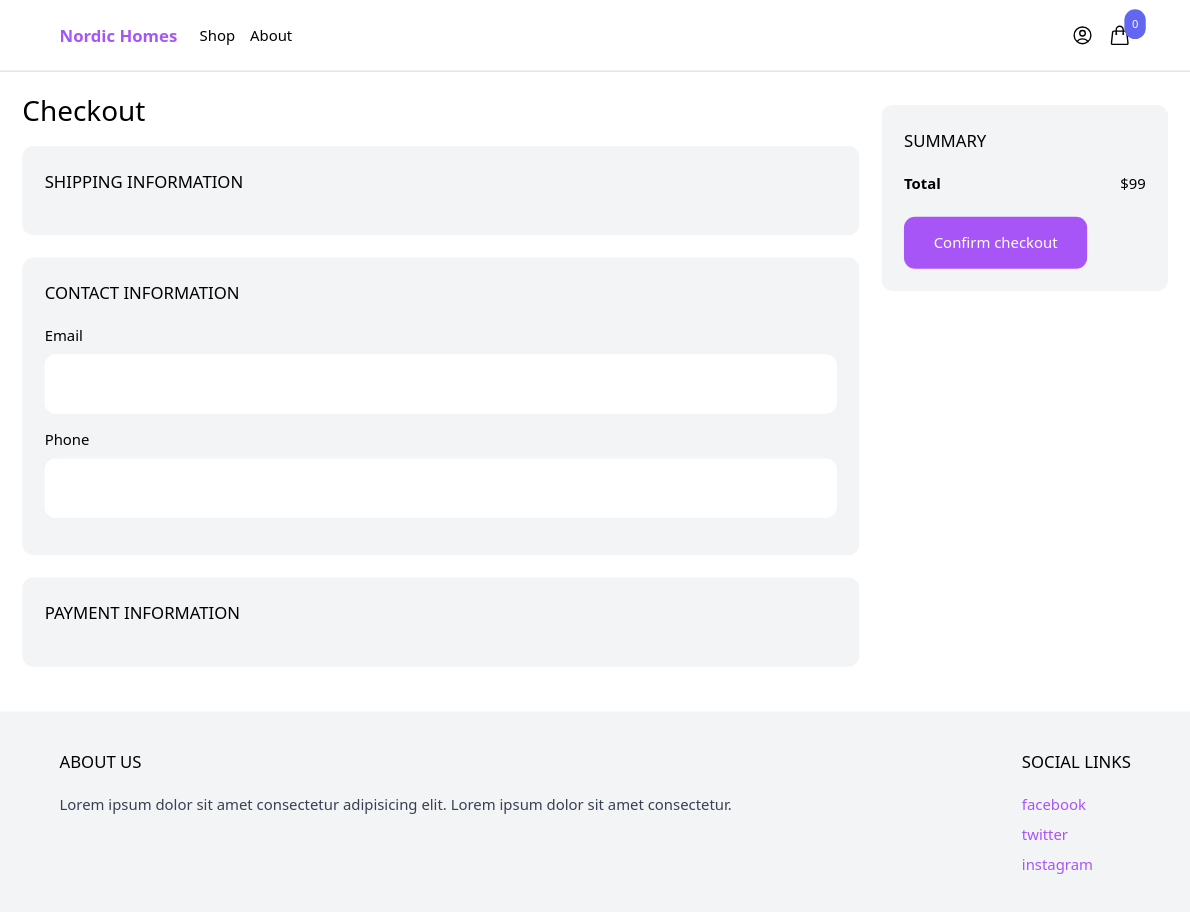
Repository: Calin224/NordicHomes
Page: cart/templates/cart/checkout.html
An editor plug-in stored every save of this project. The page is shown before and after a run of saves, followed by the edit.
The browser window is 1280 px wide. The pictures show the whole page, at 93% of full size.
Some web libraries are served in a nearby version. The template is drawn by Django 4.2. The application's start-up code is not run. Other server files are loaded and not shown. The template is opened directly, without the code that normally fills it, so the values that code supplies are empty.

Above is the page before, as saved 2023-02-16 21:05:24.

### cart/templates/cart/checkout.html
{% extends 'core/base.html' %}

{% block content %}

<div class="max-2-6xl mx-auto flex flex-wrap items-start py-6 px-6 ">
    <div class="products w-full lg:w-3/4">
        <h1 class="mb-5 text-3xl">Checkout</h1>

        <div class="w-full pr-6">
            <div class="mb-6 p-6 bg-gray-100 rounded-xl">
                <h2 class="mb-5 uppercase text-lg">Shipping information</h2>
            </div>

            <div class="mb-6 p-6 bg-gray-100 rounded-xl">
                <h2 class="mb-5 uppercase text-lg">Contact information</h2>

                <div class="mb-4">
                    <label for="" class="inline-block mb-2">Email</label>
                    <input type="email" class="w-full p-5 rounded-xl">
                </div>

                <div class="mb-4">
                    <label for="" class="inline-block mb-2">Phone</label>
                    <input type="phone" class="w-full p-5 rounded-xl">
                </div>
            </div>

            <div class="mb-6 p-6 bg-gray-100 rounded-xl">
                <h2 class="mb-5 uppercase text-lg">Payment information</h2>
            </div>
        </div>
    </div>

    <div class="summary w-full lg:w-1/4 p-6 bg-gray-100 rounded-xl mt-3">
        <h2 class="uppercase text-lg mb-5">Summary</h2>

        <div class="mb-6 flex justify-between">
            <span class="font-semibold">Total</span>
            <span>$99</span>
        </div>

        <a href="#" class="inline-block px-8 py-4 rounded-xl bg-purple-500 hover:bg-purple-700 text-white">Confirm checkout</a>
    </div>
</div>

{% endblock %}

### core/templates/core/base.html
<!DOCTYPE html>
<html lang="en">

<head>
    <meta charset="UTF-8">
    <meta name="viewport" content="width=device-width, initial-scale=1.0">
    <script src="https://cdn.tailwindcss.com"></script>
</head>

<body>
    <nav class="border-b border-gray-300">
        <div class="max-w-6xl mx-auto py-2 px-6 xl:px-0 flex items-center justify-between">
            <div class="menu-left flex items-center space-x-6">
                <a href="{% url 'frontpage' %}" class="py-4 text-lg text-purple-500 font-semibold">Nordic Homes</a>

                <ul class="flex items-center space-x-4">
                    <li><a href="{% url 'shop' %}">Shop</a></li>
                    <li><a href="#">About</a></li>


                    {% if request.user.is_authenticated %}
                        <li><a href="{% url 'logout' %}" class="px-4 py-2 bg-purple-500 hover:bg-purple-700 text-white rounded-lg">Logout</a></li>
                    {% endif %}

                </ul>
            </div>

            <div class="menu-right flex items-center space-x-4">
                <a href="#">
                    <svg xmlns="http://www.w3.org/2000/svg" fill="none" viewBox="0 0 24 24" stroke-width="1.5"
                        stroke="currentColor" class="w-6 h-6">
                        <path stroke-linecap="round" stroke-linejoin="round"
                            d="M17.982 18.725A7.488 7.488 0 0012 15.75a7.488 7.488 0 00-5.982 2.975m11.963 0a9 9 0 10-11.963 0m11.963 0A8.966 8.966 0 0112 21a8.966 8.966 0 01-5.982-2.275M15 9.75a3 3 0 11-6 0 3 3 0 016 0z" />
                    </svg>

                </a>

                {% include 'cart/menu_cart.html' %}
            </div>
        </div>
    </nav>

    <main>
        {% block content %}{% endblock content %}
    </main>

    <footer class="bg-gray-100">
        <div class="max-w-6xl mx-auto py-10 px-6 xl:px-0 md:flex justify-between">
            <div class="footer-left mb-12 md:mb-0">
                <h2 class="mb-5 uppercase text-lg">about us</h2>
                <p class="text-gray-700">Lorem ipsum dolor sit amet consectetur adipisicing elit. Lorem ipsum dolor sit
                    amet consectetur.</p>
            </div>

            <div class="footer-right">
                <h2 class="mb-5 uppercase text-lg">social links</h2>
                <ul class="space-y-2">
                    <li><a href="#" class="text-purple-500 hover:text-purple-800">facebook</a></li>
                    <li><a href="#" class="text-purple-500 hover:text-purple-800">twitter</a></li>
                    <li><a href="#" class="text-purple-500 hover:text-purple-800">instagram</a></li>
                </ul>
            </div>
        </div>
    </footer>

    <script src="https://unpkg.com/htmx.org@1.8.5"></script>
</body>

</html>

### cart/templates/cart/menu_cart.html
<a href="#" id="menu-cart-button" class="relative">
    <svg xmlns="http://www.w3.org/2000/svg" fill="none" viewBox="0 0 24 24" stroke-width="1.5"
        stroke="currentColor" class="w-6 h-6">
        <path stroke-linecap="round" stroke-linejoin="round"
            d="M15.75 10.5V6a3.75 3.75 0 10-7.5 0v4.5m11.356-1.993l1.263 12c.07.665-.45 1.243-1.119 1.243H4.25a1.125 1.125 0 01-1.12-1.243l1.264-12A1.125 1.125 0 015.513 7.5h12.974c.576 0 1.059.435 1.119 1.007zM8.625 10.5a.375.375 0 11-.75 0 .375.375 0 01.75 0zm7.5 0a.375.375 0 11-.75 0 .375.375 0 01.75 0z" />
    </svg>
    <span class="p-2 absolute -top-4 -right-4 bg-indigo-500 text-white text-xs rounded-full">{{cart|length}}</span>
</a>

After the next 2 saves:
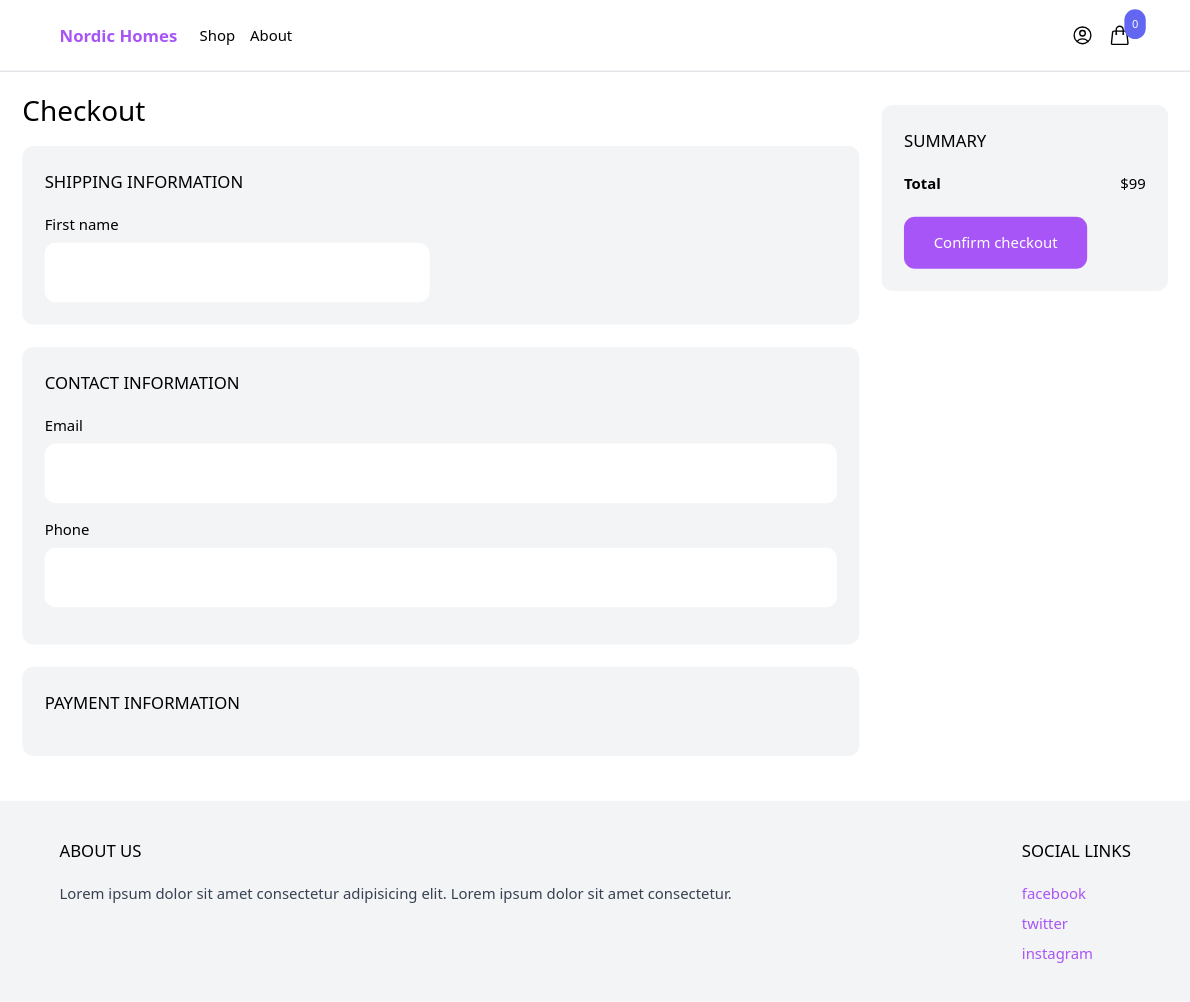
The 2 saves are shown as one change because they came seconds apart.
The last was saved 58 s later.
--- a/cart/templates/cart/checkout.html
+++ b/cart/templates/cart/checkout.html
@@ -9,6 +9,16 @@
         <div class="w-full pr-6">
             <div class="mb-6 p-6 bg-gray-100 rounded-xl">
                 <h2 class="mb-5 uppercase text-lg">Shipping information</h2>
+
+                <div class="flex space-x-6">
+                    <div class="w-1/2">
+                        <label for="" class="inline-block mb-2">First name</label>
+                    <input type="text" class="w-full p-5 rounded-xl">
+                    </div>
+                    <div class="w-1/2">
+
+                    </div>
+                </div>
             </div>
 
             <div class="mb-6 p-6 bg-gray-100 rounded-xl">
